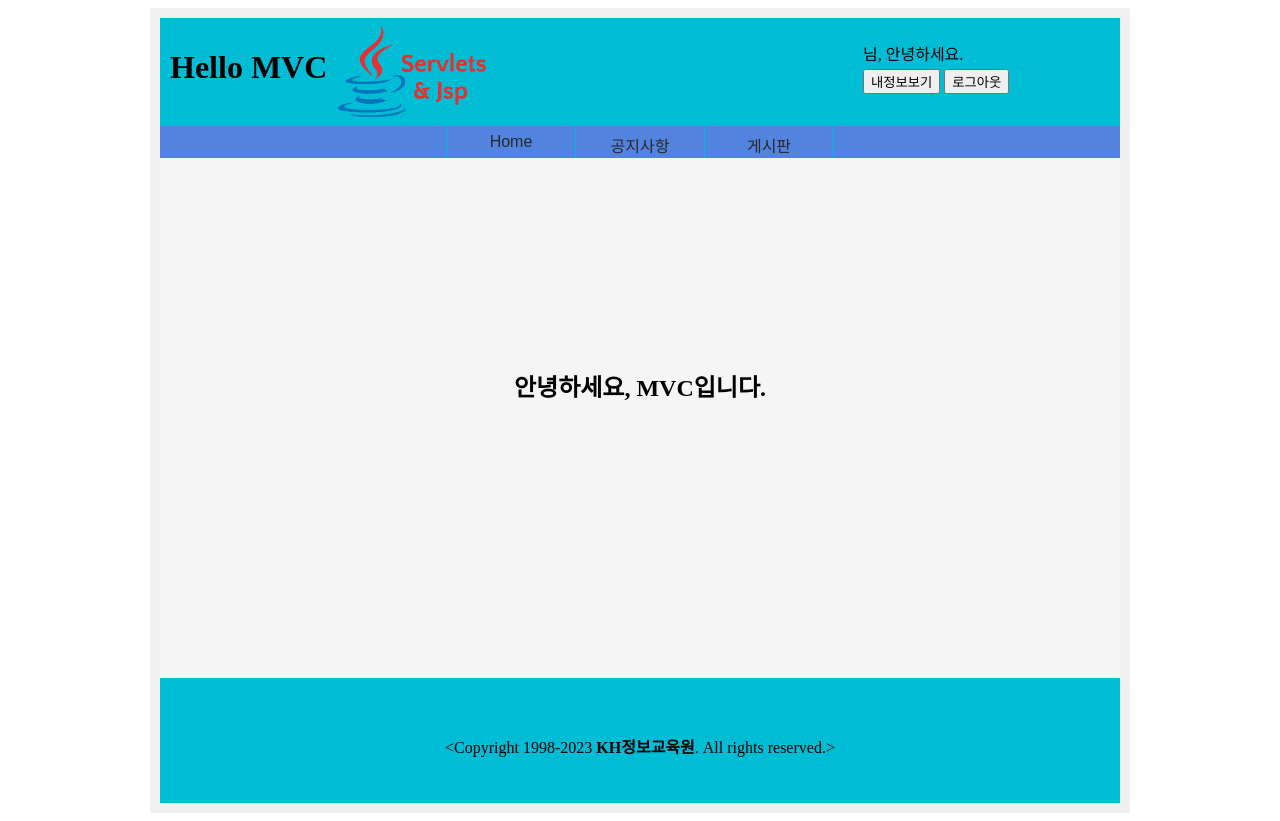
Repository: Sookyeong0505/web_server_workspace
Page: http://localhost/hello-mvc/
These files come from the project's save history. The page is drawn as it stood at one moment and after the next save; the edit follows.
The browser window is 1280 px wide. The pictures show the whole page.
The page is served by Tomcat 9.

Above is the page before, as saved 2023-06-21 07:24:14.
Console error: SyntaxError: Unexpected end of input

After the next save:
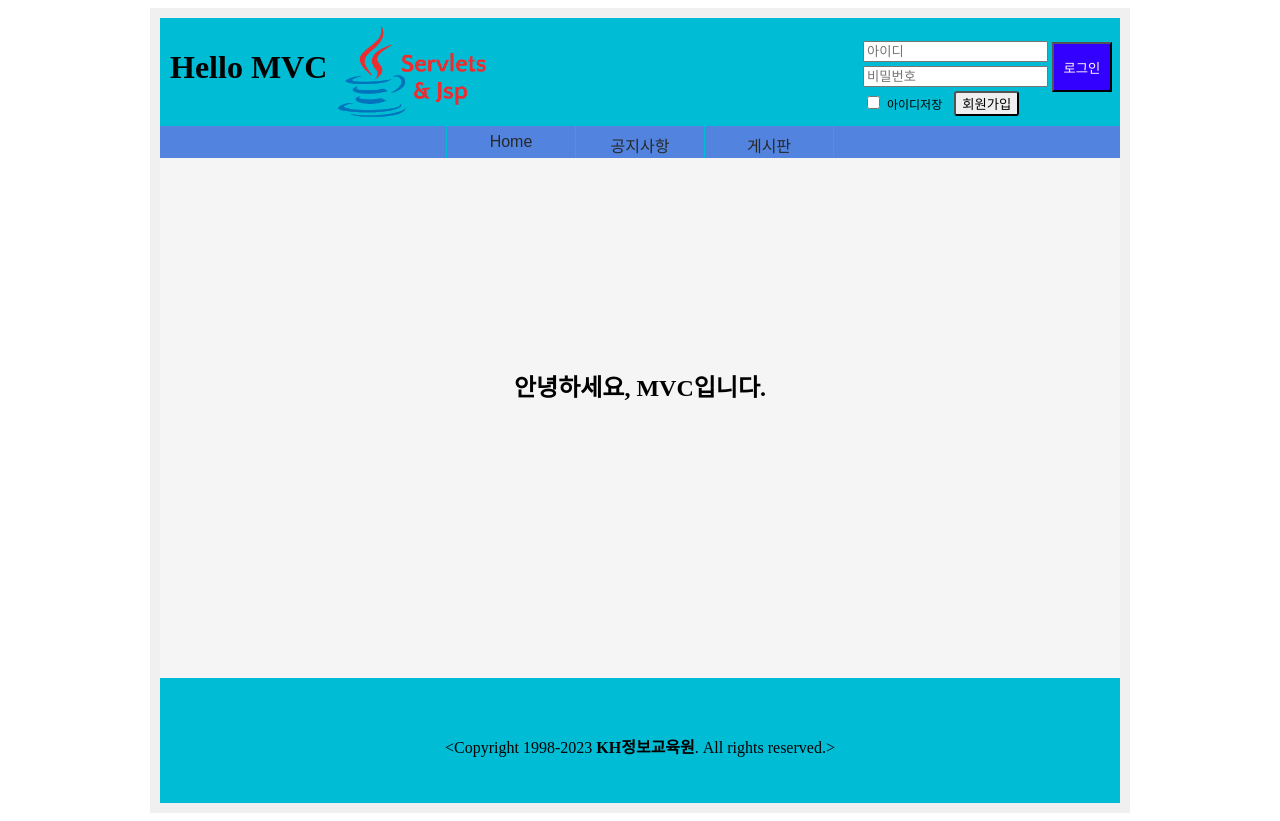
Saved 38 s later.
--- a/hello-mvc/src/main/webapp/WEB-INF/views/common/header.jsp
+++ b/hello-mvc/src/main/webapp/WEB-INF/views/common/header.jsp
@@ -45,7 +45,7 @@
 			<h1>Hello MVC</h1>
 			<div class="login-container">
 
-			<% if(loginMember!= null) { %>
+			<% if(loginMember == null) { %>
                 <!-- 로그인폼 시작 -->
                 <form id="loginFrm"
                 name="loginFrm"
